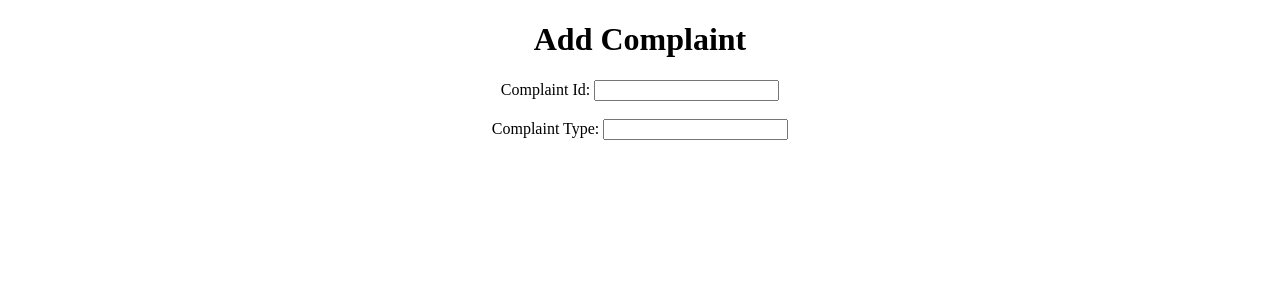
Repository: SatyaPrakash2023/Infinite_Javatraining
Page: http://localhost/ComplaintRegister/AddComplaint.jsp
The author's editor kept a copy of each file at every save. The page is drawn from the files as they stood at one save, then again after the next save.
The browser window is 1280 px wide. The pictures show the whole page.
The page is served by Tomcat 9. Other server files are loaded and not shown.

Above is the page before, as saved 2023-10-01 18:47:31.

### Task/Complaint/ComplaintRegister/src/main/webapp/AddComplaint.jsp
<%@ page language="java" contentType="text/html; charset=ISO-8859-1"
    pageEncoding="ISO-8859-1"%>
<!DOCTYPE html>
<html>
<head>
<meta charset="ISO-8859-1">
<title>Insert title here</title>
</head>
<body>
<form method="get" action="AddComplaint.jsp">
	<center>
	<h1>Add Complaint</h1>
	Complaint Id:
		<input type="text" name="complaintId"/><br><br/>
	Complaint Type:
		<input type="text" name="complaintType"/><br><br/>
	</center>
</form>

</body>
</html>

After the next save:
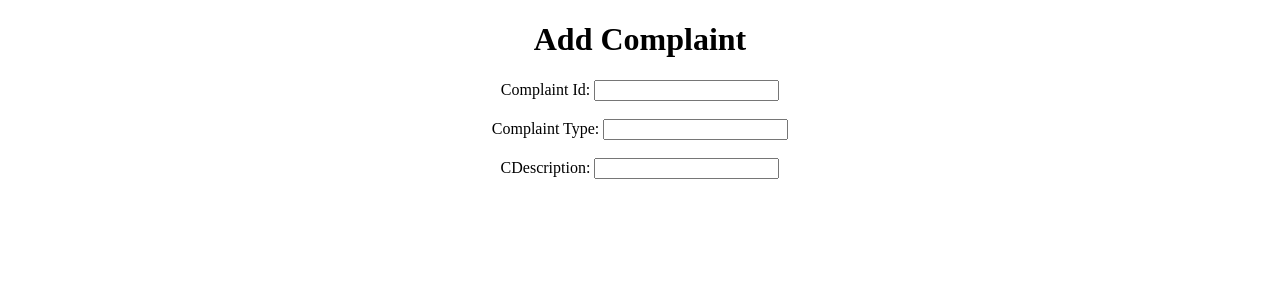
Saved 2 min 15 s later.
--- a/Task/Complaint/ComplaintRegister/src/main/webapp/AddComplaint.jsp
+++ b/Task/Complaint/ComplaintRegister/src/main/webapp/AddComplaint.jsp
@@ -14,6 +14,8 @@
 		<input type="text" name="complaintId"/><br><br/>
 	Complaint Type:
 		<input type="text" name="complaintType"/><br><br/>
+	CDescription:
+		<input type="text" name="description"/><br><br/>
 	</center>
 </form>
 
